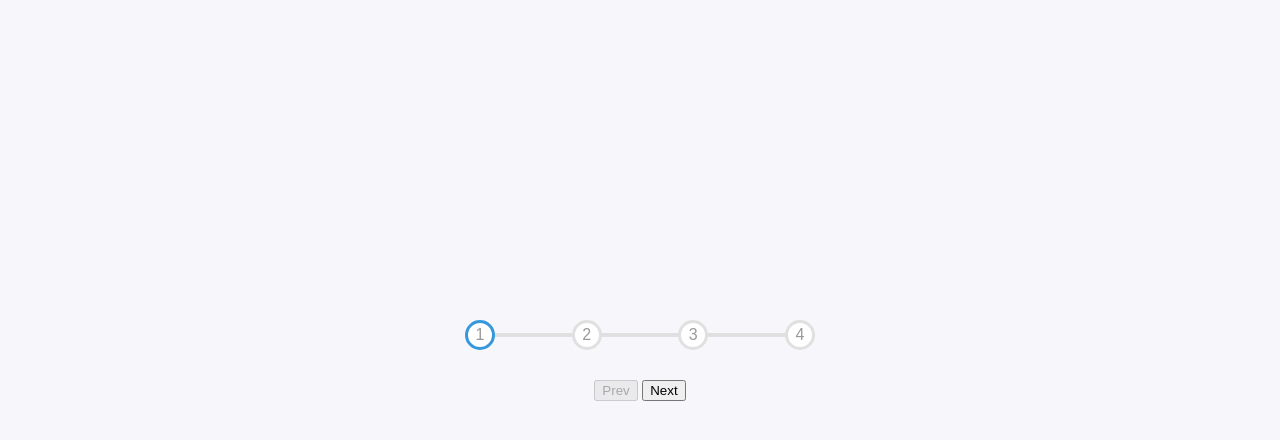
Repository: thecoachanna/progress-step-bar
Page: index.html
An editor plug-in stored every save of this project. The page is shown before and after a run of saves, followed by the edit.
The browser window is 1280 px wide. The pictures show the whole page.
Some web fonts or font styles are not loaded; a fallback is used.

Above is the page before, as saved 2023-02-15 16:14:15.

### index.html
<!DOCTYPE html>
<html lang="en">
<head>
    <meta charset="UTF-8">
    <meta http-equiv="X-UA-Compatible" content="IE=edge">
    <meta name="viewport" content="width=device-width, initial-scale=1.0">
    <link rel="stylesheet" href="style.css">
    <title>Progress Steps</title>
</head>
<body>
    <div class="container">
        <div class="progress-container">
            <div class="progress" id="progress"></div>
            <div class="circle active">1</div>
            <div class="circle">2</div>
            <div class="circle">3</div>
            <div class="circle">4</div>
        </div>
        <button class="btn" id="prev" disabled>Prev</button>
        <button class="btn" id="next">Next</button>
    </div>


    <script src="script.js"></script>
</body>
</html>

### style.css
@import url('https://fonts.googleapis.com/css?family=Muli&display=swap');

:root {
    --line-border-fill: #3498db;
    --line-border-empty: #e0e0e0;
}


* {
    box-sizing: border-box;
}

body {
    background-color: #f6f6fb;
    font-family: 'Muli', sans-serif;
    display: flex;
    align-items: center;
    justify-content: center;
    height: 100vh;
    overflow: hidden;
    margin: 0;
}

.container {
    text-align: center;
}

.progress {
    background-color: var(--line-border-fill);
    position: absolute;
    top: 50%;
    left: 0;
    transform: translateY(-50%);
    height: 4px;
    width: 0%;
    z-index: -1;
    transition: 0.4s ease;
}

.progress-container {
    display: flex;
    justify-content: space-between;
    position: relative;
    margin-bottom: 30px;
    max-width: 100%;
    width: 350px;
}

.progress-container::before {
    content: '';
    background-color: var(--line-border-empty);
    position: absolute;
    top: 50%;
    left: 0;
    transform: translateY(-50%);
    height: 4px;
    width: 100%;
    z-index: -1;
}

.circle {
    background-color: white;
    color: #999;
    border-radius: 50%;
    height: 30px;
    width: 30px;
    display: flex;
    align-items: center;
    justify-content: center;
    border: 3px solid var(--line-border-empty);
    transition: .4s ease;
}

.circle.active {
    border-color: var(--line-border-fill);
}

.btn {
    background-color: ;
}

Loaded but not shown: script.js (no copy from this time; the picture is the same without it)

After the next 10 saves:
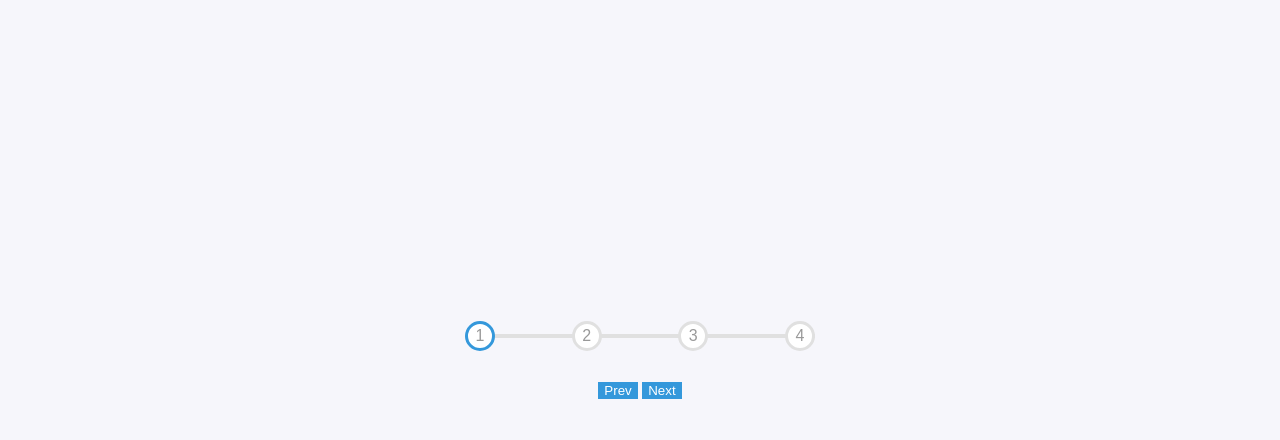
The 10 saves are shown as one change because they came seconds apart.
The last was saved 25 s later.
--- a/style.css
+++ b/style.css
@@ -76,5 +76,8 @@ body {
 }
 
 .btn {
-    background-color: ;
+    background-color: var(--line-border-fill);
+    color: white;
+    border: 0;
+    border-radius: ;
 }
